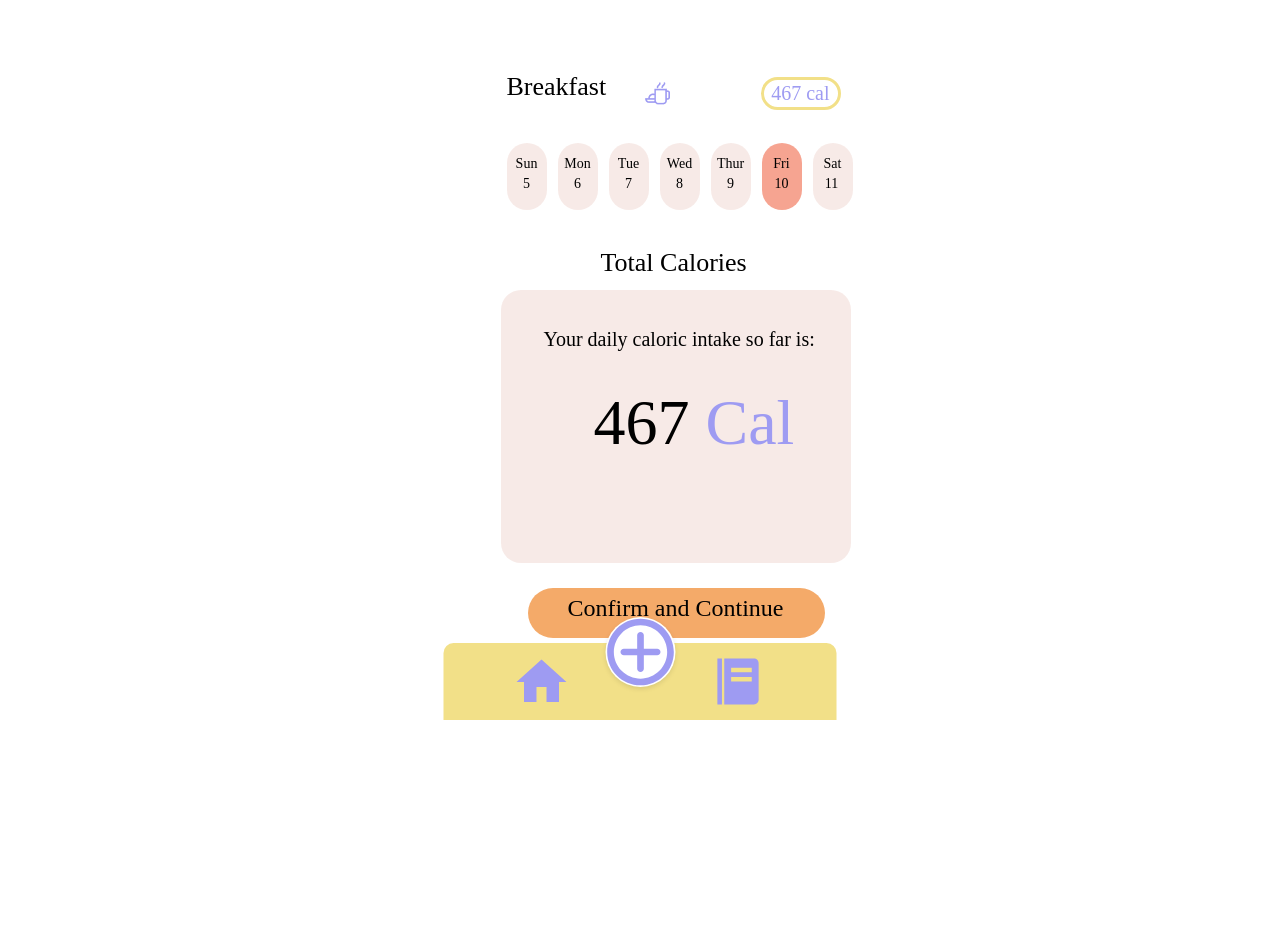
Repository: MeowCeline00/G5-Calorie-Tracker
Page: BreakfastCalCounter/index.html
An editor plug-in stored every save of this project. The page is shown before and after the next save, followed by the edit.
The browser window is 1280 px wide. The pictures show the whole page.

Above is the page before, as saved 2024-05-26 14:10:19.
Console error: ReferenceError: renderLandingPage is not defined

### BreakfastCalCounter/index.html
<!DOCTYPE html>
<html>
<head>
  	<meta charset="utf-8">
  	<meta name="viewport" content="initial-scale=1, width=device-width">

  	<link rel="stylesheet" href="./global.css" />
  	<link rel="stylesheet"  href="./index.css" />
	  <link rel="stylesheet" href="/styles/Home.css">

</head>
<body>
	<div class="pageContainer">
		<div class="pageInnerContainer">
			<!-- <div class="add-page-container"> -->
  	<div class="add-page">
    		<div class="add-page-child">
    		</div>
    		<div class="add-page-item">
    		</div>
    		<div class="add-page-inner">
    		</div>
    		<div class="rectangle-div">
    		</div>
    		<div class="add-page-child1">
    		</div>
    		<div class="add-page-child2">
    		</div>
    		<div class="add-page-child3">
    		</div>
    		<div class="add-page-child4">
    		</div>

    		<div class="total-calories">Total Calories</div>
    		<div class="breakfast">Breakfast</div>
    		<div class="div">5</div>
    		<div class="sun">Sun</div>
    		<div class="mon">Mon</div>
    		<div class="tue">Tue</div>
    		<div class="wed">Wed</div>
    		<div class="thur">Thur</div>
    		<div class="fri">Fri</div>
    		<div class="sat">Sat</div>
    		<div class="div1">6</div>
    		<div class="div2">7</div>
    		<div class="div3">8</div>
    		<div class="div4">9</div>
    		<div class="div5">10</div>
    		<div class="div6">11</div>
    		<div class="add-page-child5">
    		</div>
    		<div class="add-page-child6">
    		</div>
    		<div class="confirm-and-continue">Confirm and Continue</div>
			<div><a class="go-back" href="/breakfastAddPage/index.html">Go Back</a></div>    		<div class="add-page-child7">
    		</div>
    		<div class="cal">467 cal</div>
    		<img class="fluent-mdl2breakfast-icon" alt="breakfast" src="/Images/fluent-mdl2_breakfast.png">

    		<div class="add-page-child8">
    		</div>
    		<div class="your-daily-caloric">Your daily caloric intake so far is:</div>
    		<div class="cal1">
      			<span>467</span>
      			<span class="cal2">Cal</span>

			</div>

			</div>
			<div class="navContainer">
				<nav class="navbar">
				  <div class="navItem" onclick="navigateTo('home2')">
					<img src="/images/home_icon.svg" alt="Home" width="60" height="60" />
				  </div>
				  <div class="addButtonContainer">
					<div class="addnewButton" onclick="navigateTo('addNew')">
					  <img src="/images/add_icon.svg" alt="Add" width="80" height="80" />
					</div>
				  </div>
				  <div class="navItem" onclick="navigateTo('recipes')">
					<img src="/images/recipes_icon.svg" alt="Recipes" width="55" height="55" />
				  </div>
				</nav>
			  </div>
			  <script src="/scripts/app.js"></script>
			  <script src="/scripts/navbar.js"></script>

	  <div class="navBarContainer">
		<div class="navBar">
		<!-- <a href="/index.html"><img class="image1" src="/Images/Vector.png"></a>
		<a href="/index.html"><img class="image02"src="/Images/vector02.png"></a>
		<a href="/index.html"><img class="image03" src="/Images/Vector1.png"></a> -->
		</div>
	</div>
</div>
</div>
</body>
</html>

### BreakfastCalCounter/global.css

body {
    margin: 0;
    line-height: normal;
}


:root {

    --body-20-medium: Catamaran;
    --heading-26-regular: Saira;

    --body-20-medium-size: 20px;
    --body-24-regular-size: 24px;
    --font-size-sm: 14px;
    --heading-26-regular-size: 26px;

    --color-cornflowerblue: #9e9bf2;
    --color-black: #000;
    --lighter-nav-bar: rgba(247, 232, 229, 0.9);
    --yellow: #f2e088;
    --color-sandybrown: rgba(242, 149, 68, 0.8);

    --br-xl: 20px;
    --br-17xl: 36px;

}

### BreakfastCalCounter/index.css
.add-page-child {
    position: absolute;
    top: 582px;
    left: 0px;
    width: 393px;
    height: 55px;
}
.add-page-item {
    position: absolute;
    top: 143px;
    left: 26px;
    border-radius: var(--br-xl);
    background-color: var(--lighter-nav-bar);
    width: 40px;
    height: 67px;
}
.add-page-inner {
    position: absolute;
    top: 143px;
    left: 77px;
    border-radius: var(--br-xl);
    background-color: var(--lighter-nav-bar);
    width: 40px;
    height: 67px;
}
.rectangle-div {
    position: absolute;
    top: 143px;
    left: 128px;
    border-radius: var(--br-xl);
    background-color: var(--lighter-nav-bar);
    width: 40px;
    height: 67px;
}
.add-page-child1 {
    position: absolute;
    top: 143px;
    left: 179px;
    border-radius: var(--br-xl);
    background-color: var(--lighter-nav-bar);
    width: 40px;
    height: 67px;
}
.add-page-child2 {
    position: absolute;
    top: 143px;
    left: 230px;
    border-radius: var(--br-xl);
    background-color: var(--lighter-nav-bar);
    width: 40px;
    height: 67px;
}
.add-page-child3 {
    position: absolute;
    top: 143px;
    left: 281px;
    border-radius: var(--br-xl);
    background-color: rgba(242, 126, 99, 0.7);
    width: 40px;
    height: 67px;
}
.add-page-child4 {
    position: absolute;
    top: 143px;
    left: 332px;
    border-radius: var(--br-xl);
    background-color: var(--lighter-nav-bar);
    width: 40px;
    height: 67px;
}
.nav-bar-icon {
    position: absolute;
    top: 726px;
    left: 0px;
    width: 393px;
    height: 126px;
}
.total-calories {
    position: absolute;
    top: 248px;
    left: 120px;
    font-size: var(--heading-26-regular-size);
    font-weight: 500;
    font-family: var(--heading-26-regular);
    text-align: left;
    display: inline-block;
    width: 163px;
    height: 42px;
}
.breakfast {
    position: absolute;
    top: 72px;
    left: 26px;
    font-size: var(--heading-26-regular-size);
    font-weight: 500;
    font-family: var(--heading-26-regular);
    text-align: left;
    display: inline-block;
    width: 130px;
    height: 42px;
}
.div {
    position: absolute;
    top: 176px;
    left: 26px;
    display: inline-block;
    width: 40px;
    height: 42px;
}
.sun {
    position: absolute;
    top: 156px;
    left: 26px;
    display: inline-block;
    width: 40px;
    height: 20px;
}
.mon {
    position: absolute;
    top: 156px;
    left: 77px;
    display: inline-block;
    width: 40px;
    height: 20px;
}
.tue {
    position: absolute;
    top: 156px;
    left: 128px;
    display: inline-block;
    width: 40px;
    height: 20px;
}
.wed {
    position: absolute;
    top: 156px;
    left: 179px;
    display: inline-block;
    width: 40px;
    height: 20px;
}
.thur {
    position: absolute;
    top: 156px;
    left: 230px;
    display: inline-block;
    width: 40px;
    height: 20px;
}
.fri {
    position: absolute;
    top: 156px;
    left: 281px;
    display: inline-block;
    width: 40px;
    height: 20px;
}
.sat {
    position: absolute;
    top: 156px;
    left: 332px;
    display: inline-block;
    width: 40px;
    height: 20px;
}
.div1 {
    position: absolute;
    top: 176px;
    left: 77px;
    display: inline-block;
    width: 40px;
    height: 42px;
}
.div2 {
    position: absolute;
    top: 176px;
    left: 128px;
    display: inline-block;
    width: 40px;
    height: 42px;
}
.div3 {
    position: absolute;
    top: 176px;
    left: 179px;
    display: inline-block;
    width: 40px;
    height: 42px;
}
.div4 {
    position: absolute;
    top: 176px;
    left: 230px;
    display: inline-block;
    width: 40px;
    height: 42px;
}
.div5 {
    position: absolute;
    top: 176px;
    left: 281px;
    display: inline-block;
    width: 40px;
    height: 42px;
}
.div6 {
    position: absolute;
    top: 176px;
    left: 332px;
    display: inline-block;
    width: 38px;
    height: 42px;
}
.add-page-child5 {
    position: absolute;
    top: 588px;
    left: 47px;
    border-radius: var(--br-17xl);
    background-color: var(--color-sandybrown);
    width: 297px;
    height: 50px;
}
.add-page-child6 {
    position: absolute;
    top: 657px;
    left: 47px;
    border-radius: var(--br-17xl);
    background-color: var(--color-sandybrown);
    width: 297px;
    height: 50px;
}
.confirm-and-continue {
    position: absolute;
    top: 595px;
    left: 80px;
    font-size: var(--body-24-regular-size);
    display: inline-block;
    width: 230px;
    height: 42px;
}
.go-back {
    position: absolute;
    top: 664px;
    left: 80px;
    font-size: var(--body-24-regular-size);
    display: inline-block;
    width: 230px;
    height: 42px;
    cursor: pointer;
    text-decoration: none;
    color: black;
}
.add-page-child7 {
    position: absolute;
    top: 77px;
    left: 280px;
    border-radius: var(--br-xl);
    background-color: #fff;
    border: 3px solid var(--yellow);
    box-sizing: border-box;
    width: 80px;
    height: 33px;
}
.cal {
    position: absolute;
    top: 82px;
    left: 285px;
    font-size: var(--body-20-medium-size);
    font-weight: 500;
    color: var(--color-cornflowerblue);
    text-align: right;
    display: inline-block;
    width: 64px;
    height: 23px;
}
.fluent-mdl2breakfast-icon {
    position: absolute;
    top: 81px;
    left: 164px;
    width: 25px;
    height: 25px;
}
.add-page-child8 {
    position: absolute;
    top: 290px;
    left: 20px;
    border-radius: var(--br-xl);
    background-color: var(--lighter-nav-bar);
    width: 350px;
    height: 273px;
}
.your-daily-caloric {
    position: absolute;
    top: 328px;
    left: 63px;
    font-size: var(--body-20-medium-size);
}
.cal2 {
    color: var(--color-cornflowerblue);
}
.cal1 {
    position: absolute;
    top: 386px;
    left: 113px;
    font-size: 64px;
    text-align: right;
}
.add-page {
    width: 100%;
    position: relative;
    background-color: rgba(255, 255, 255, 0.92);
    height: 852px;
    overflow: hidden;
    text-align: center;
    font-size: var(--font-size-sm);
    color: var(--color-black);
    font-family: var(--body-20-medium);
    left: 40px;
}


.navBar {
    width: 375px;
    height: 50px;
    display: flex;
    flex-direction: row;
    justify-content: space-between;
    align-items: center;

    padding-right: 1.5em;
    padding-top: 1em;
    padding-bottom: 1em;
    border-top-left-radius: 50px;
    border-top-right-radius: 50px;
}

.image1 {
    width: 50px;
    height: 42.5;
}
.image02 {
    position: relative;
    width: 66.67px;
    height: 66.67px;
    background-color: #fff;
    padding:0.25em ;
    border-radius: 360px;
    top: -50px;
}

.image03 {
    width: 41.25px;
    height: 45.58;
}

.navBar a {
    padding: 0em;
    margin: 0em;
}

.pageContainer {
    display: flex;

    flex-direction: column;
    align-items: center;


}
.pageInnerContainer {
    display: flex;
    flex-direction: column;
    align-items: center;
    justify-content: center;

}

.add-page-container {
    display: flex;
    justify-content: center;
    flex-direction: column;
}

### styles/Home.css
#root {
    width: 393px;
    height: 852px;
    background-color: #fff;
    border-radius: 10px;
    overflow: hidden;
    position: relative;
}

.mainContent {
    width: 100%;
    height: 100%;
    display: flex;
    flex-direction: column;
    justify-content: flex-start;
    position: relative;
}

.topBar {
    padding: 15px 20px;
    background-color: #fff;
    display: flex;
    justify-content: space-between;
    align-items: center;
    z-index: 1;
}

.greeting {
    display: flex;
    flex-direction: column;
    text-align: left;
}

.greeting h2 {
    margin: 0;
    font-size: 1.5rem;
    color: #000;
}

.greeting p {
    margin: 0;
    font-size: 1rem;
    color: #666;
}

.profileIcon {
    display: flex;
    align-items: center;
    justify-content: center;
    cursor: pointer;
}

.dateChange {
    display: flex;
    justify-content: center;
    align-items: center;
    padding: 10px 0;
    background-color: #fff;
}

.meal_container {
    flex: 1;
    width: 100%;
    padding: 20px;
    box-sizing: border-box;
    overflow-y: auto;
    position: relative;
    z-index: 0;
}

.meals {
    width: 100%;
    padding: 10px 0;
    box-sizing: border-box;
}

.mealItem {
    display: flex;
    flex-direction: column;
    justify-content: space-between;
    align-items: flex-start;
    padding: 15px;
    margin: 10px 0;
    border-radius: 12px;
    background-color: var(--light_pink);
    width: 100%;
    height: auto;
    box-shadow: 0 2px 5px rgba(0, 0, 0, 0.1);
}

.mealHeading {
    font-weight: bold;
    margin-bottom: 10px;
    font-size: 1.2rem;
}

.mealDetails {
    display: flex;
    align-items: center;
    width: 100%;
    justify-content: space-between;
}

.mealDetails p {
    margin-left: 10px;
    color: #9E9BF2;
}

.calorieContainer {
    display: flex;
    align-items: center;
    justify-content: space-between;
    background-color: white;
    border: 4px solid #F2E088;
    border-radius: 30px;
    padding: 5px 10px;
}

.addButton {
    background: none;
    border: none;
    cursor: pointer;
    margin-left: 10px;
}

.navContainer {
    width: 100%;
    max-width: 393px;
    height: 77px;
    display: flex;
    position: fixed;
    bottom: 0;
    left: 50%;
    transform: translateX(-50%);
    background-color: #F2E088;
    border-radius: 10px 10px 0 0;
    justify-content: space-between;
    align-items: center;
    box-sizing: border-box;
    z-index: 1000;
}

.navbar {
    width: 100%;
    display: flex;
    justify-content: space-between;
    align-items: center;
    position: relative;
}

.navItem {
    display: flex;
    cursor: pointer;
    flex: 1;
    justify-content: center;
}

.addButtonContainer {
    display: flex;
    justify-content: center;
    align-items: center;
    width: 70px;
    height: 70px;
    background-color: #ffffff;
    border-radius: 50%;
    position: absolute;
    top: -35px;
    left: 50%;
    transform: translateX(-50%);
    cursor: pointer;
    box-shadow: 0 2px 5px rgba(0, 0, 0, 0.1);
}

.addnewButton {
    display: flex;
    justify-content: center;
    align-items: center;
    border-radius: 50%;
}

### scripts/app.js
document.addEventListener('DOMContentLoaded', () => {
    navigateTo('landing');
});

function navigateTo(page) {
    switch (page) {
        case 'landing':
            renderLandingPage();
            break;
        case 'home':
            renderHomePage();
            break;
        case 'profile':
            renderProfilePage();
            break;
        case 'lunchCalorie':
            window.location.href = '/lunchAddPage/index.html';
            break;
        case 'addNew':
            window.location.href = '/addPage/Add.html';
            break;
        case 'dinnerCalorie':
            window.location.href = '/dinnerAddPage/index.html';
            break;
        case 'snacksCalorie':
            window.location.href = '/snacksAddPage/index.html';
            break;
        case 'breakfastCalorie':
            window.location.href = '/breakfastAddPage/index.html';
            break;
        case 'burnedCalorie':
            window.location.href = '/burnedAddPage/index.html';
            break;
        default:
            console.error('Invalid page:', page);
            break;
    }
}

### scripts/navbar.js
function renderNavbar() {
    return `
      <div class="navContainer">
        <nav class="navbar">
          <div class="navItem" onclick="navigateTo('home')">
            <img src="/images/home_icon.svg" alt="Home" width="60" height="60" />
          </div>
          <div class="addButtonContainer">
            <div class="addnewButton" onclick="navigateTo('addNew')">
              <img src="/images/add_icon.svg" alt="Add" width="80" height="80" />
            </div>
          </div>
          <div class="navItem" onclick="navigateTo('recipes')">
            <img src="/images/recipes_icon.svg" alt="Recipes" width="55" height="55" />
          </div>
        </nav>
      </div>
    `;
}

After the next save:
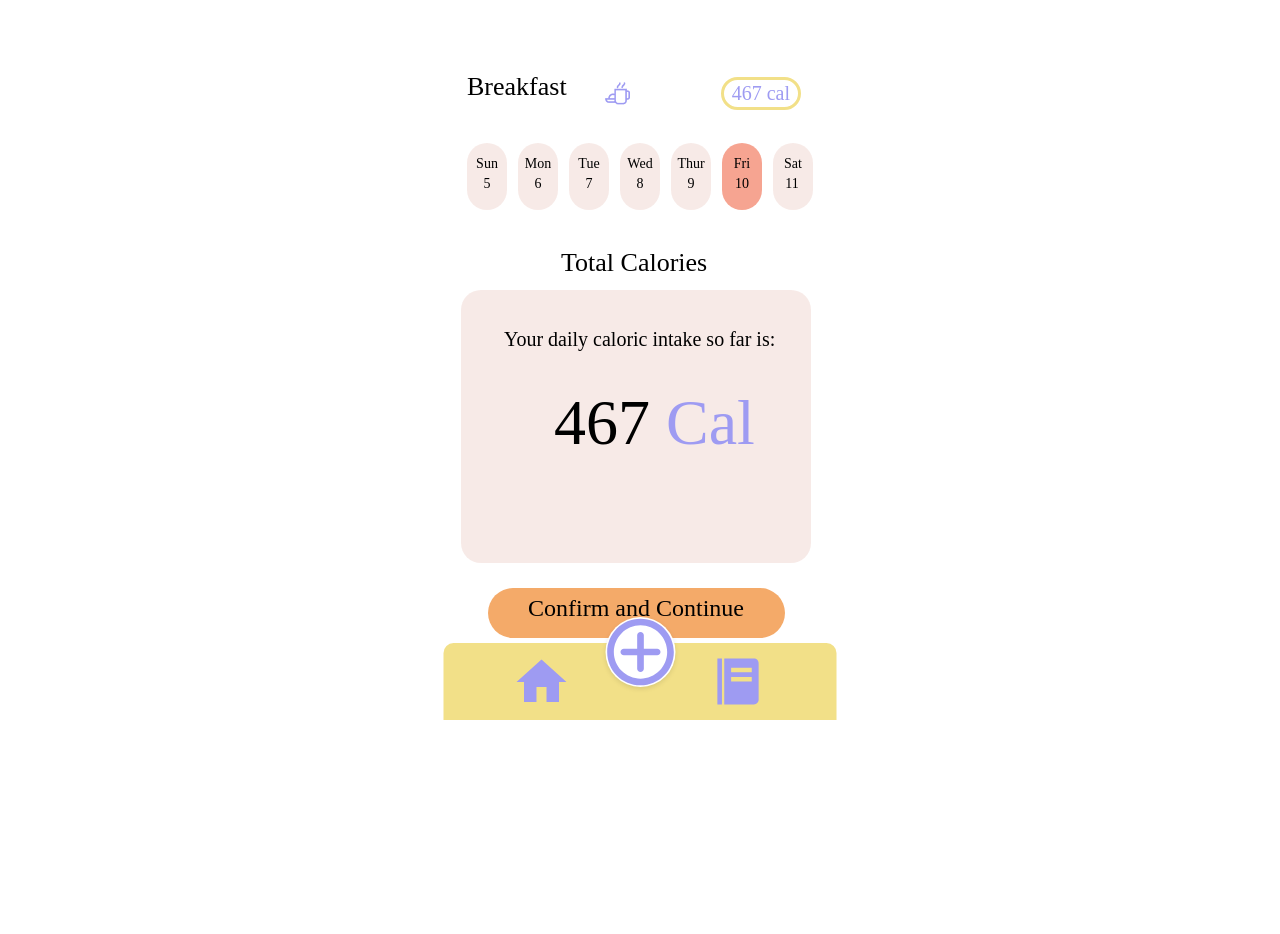
Saved 4 s later.
--- a/BreakfastCalCounter/index.css
+++ b/BreakfastCalCounter/index.css
@@ -320,13 +320,13 @@
 
 
 .navBar {
-    width: 375px;
+    width: 430px;
     height: 50px;
     display: flex;
     flex-direction: row;
     justify-content: space-between;
     align-items: center;
-
+    padding-left: 1.5em;
     padding-right: 1.5em;
     padding-top: 1em;
     padding-bottom: 1em;
